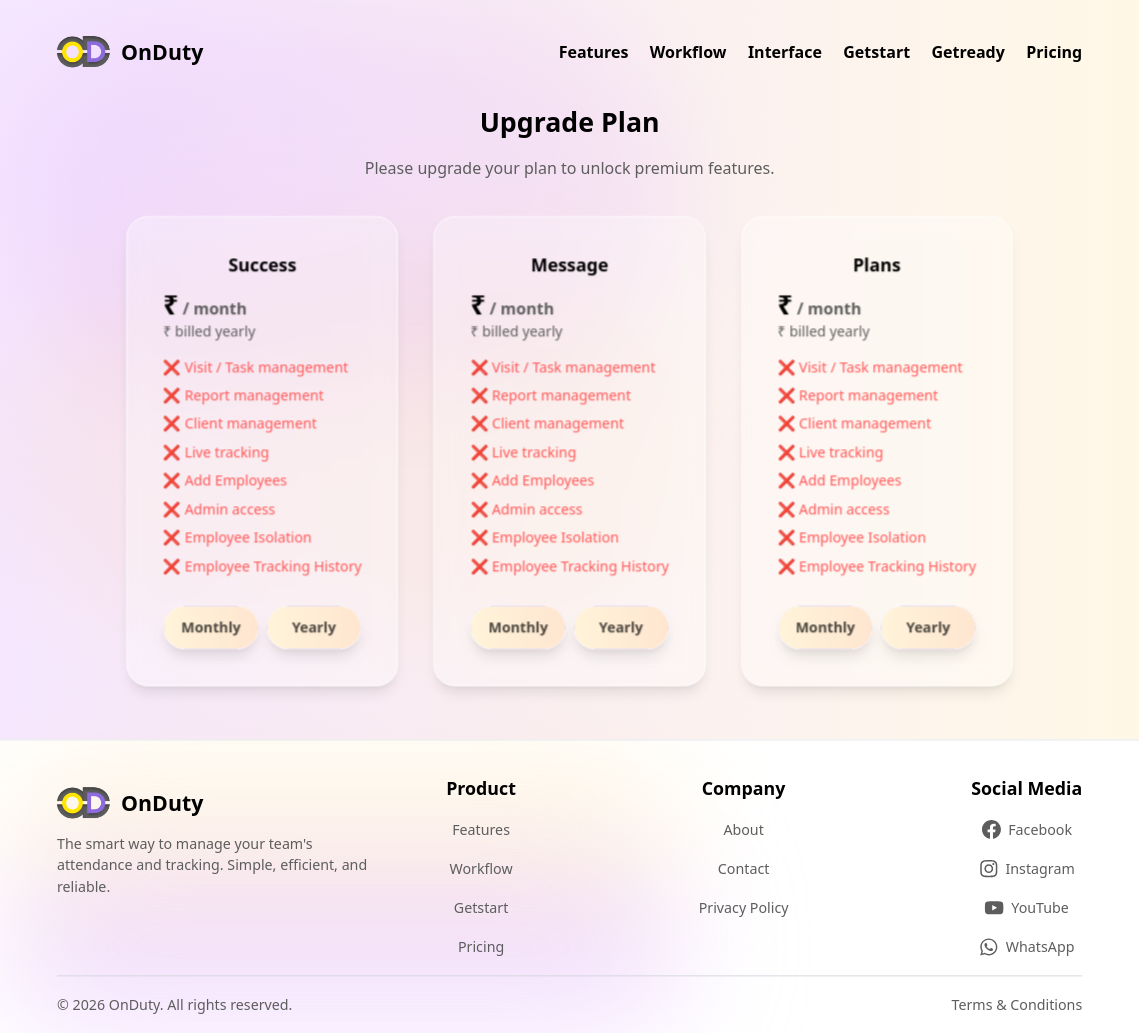
Repository: shekharzorin/ONDUTY-V1
Page: /pricing
These files come from the project's save history. The page is drawn as it stood at one moment and after the next save; the edit follows.
The browser window is 1280 px wide. The pictures show the whole page, at 89% of full size.
The page's requests for data from a server got no answer. The project was rebuilt for these pictures with package versions that can differ from the ones it lists, and the page was loaded fresh each time. The framework's server and built-in components were replaced by stand-ins that run in the browser. No one was signed in, and anything a server would have sent is missing. Also part of the build but not shown: next.config.mjs, vite.config.js, app/components/ui/Crossicon.tsx.

Above is the page before, as saved 2026-01-17 16:46:43.

After the next save:
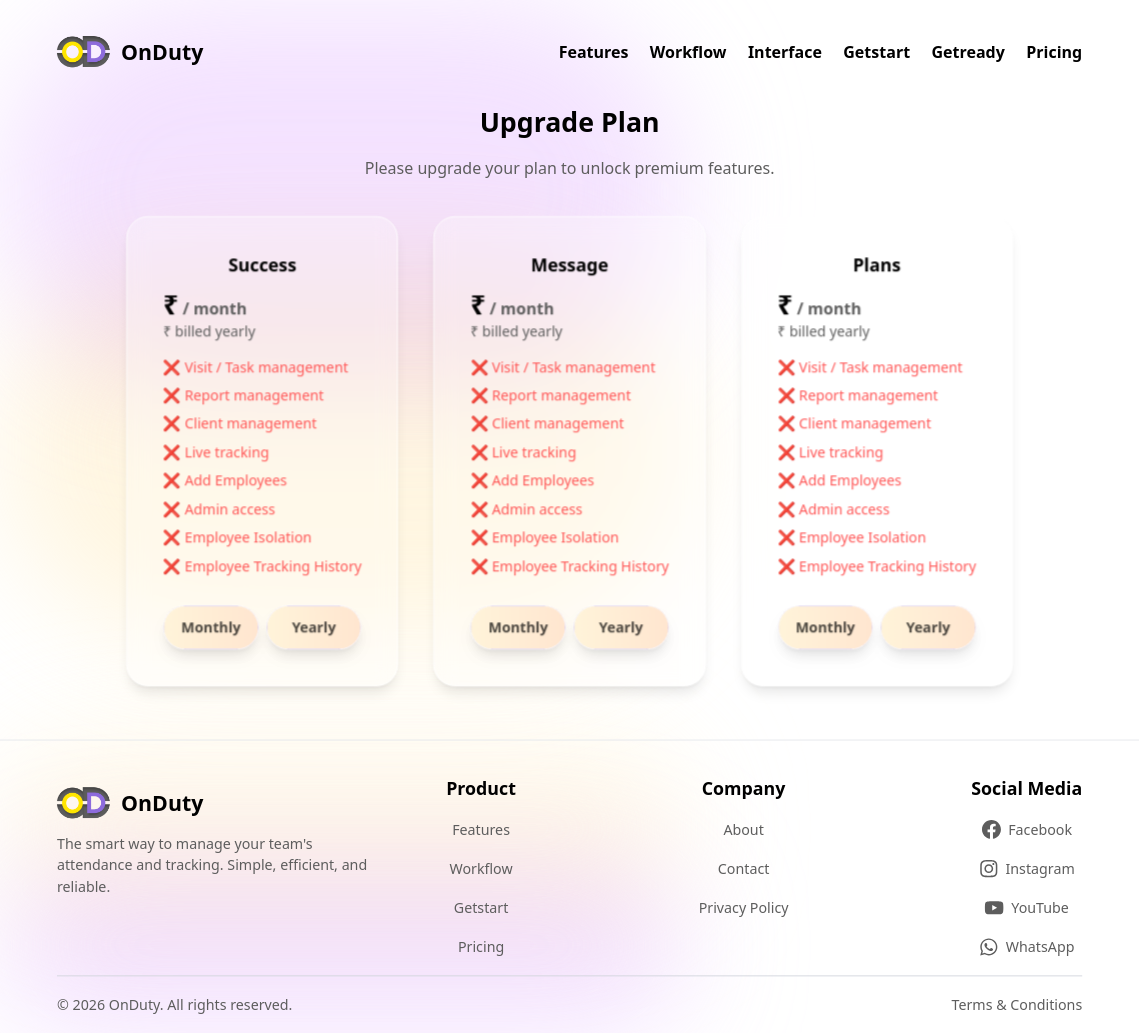
Saved 19 s later.
--- a/app/components/sections/pricing.tsx
+++ b/app/components/sections/pricing.tsx
@@ -100,7 +100,7 @@ const Pricing = () => {
   /* -------------------- RENDER -------------------- */
 
   return (
-    <section className="flex flex-col w-full px-4 sm:px-6 md:px-8 lg:px-12 xl:px-16 2xl:px-24 max-w-384 mx-auto bg-linear-to-r from-[#eccfff]/50 to-[#fff0cd]/50 min-h-screen">
+    <section className="flex flex-col w-full px-4 sm:px-6 md:px-8 lg:px-12 xl:px-16 2xl:px-24 max-w-384 mx-auto">
       {/* Background flare */}
       <div className="absolute top-0 left-1/2 -translate-x-1/2 w-full h-full max-w-7xl pointer-events-none -z-10">
         <div className="absolute top-0 w-[60%] h-[60%] bg-[#eccfff] rounded-full blur-3xl opacity-60 mix-blend-multiply filter" />
